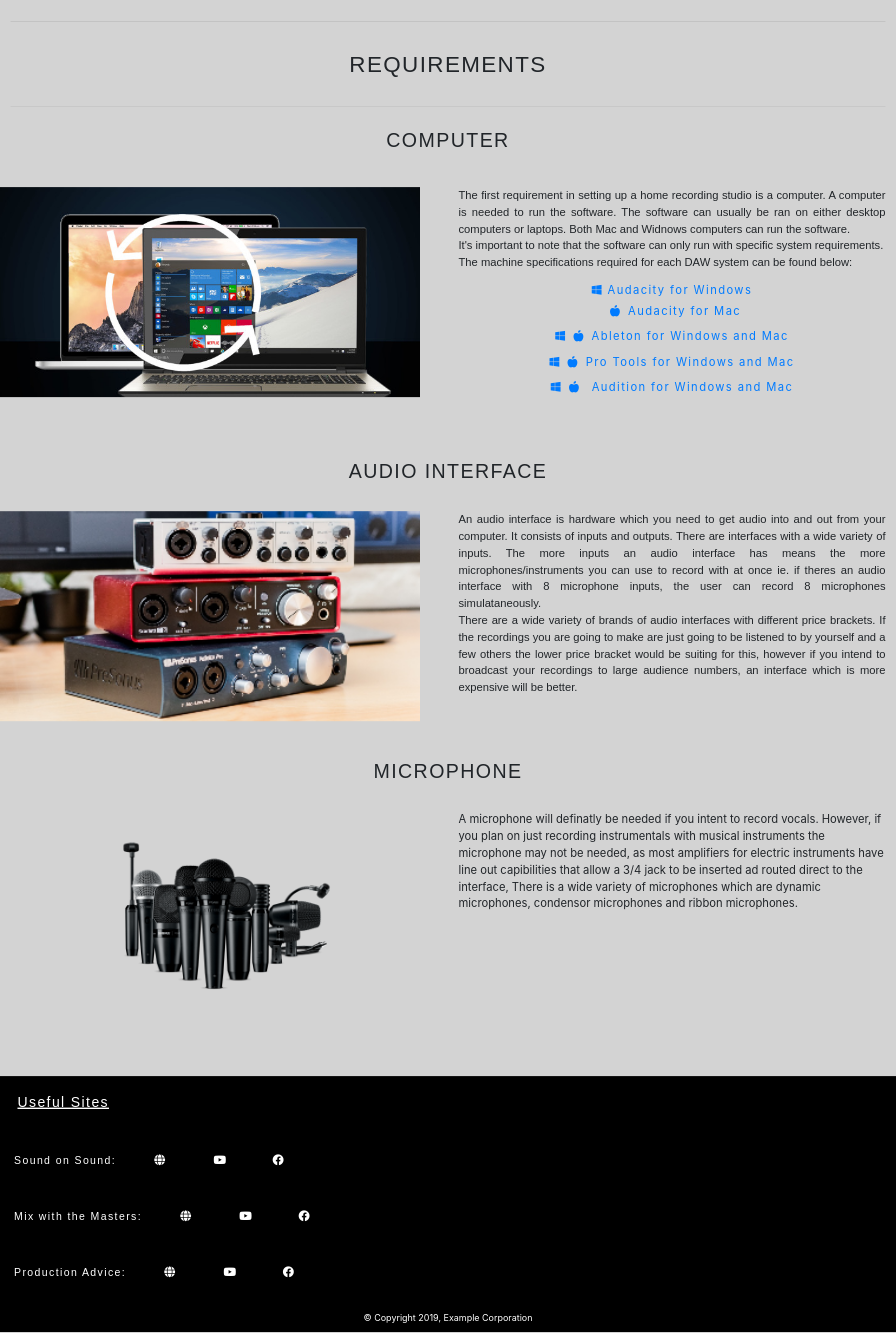
Repository: djjtyn/CIMilestoneProject1
Page: index.html
The author's editor kept a record of every edit. The page is drawn from the files as they stood at one moment, then again after the next edit.
The browser window is 1280 px wide. The pictures show the part of the page from y = 1115 to 3035 px (the page is 3019 px tall before and 3035 px after), at 70% of full size.
Some web libraries are served in a nearby version.

Above is the page before.
Console error (its wording comes from the project's code and is left out).

### index.html
<!DOCTYPE html>
<html lang="en">
<head>
    <meta charset="UTF-8">
    <meta name="viewport" content="width=device-width, initial-scale=1.0">
    <meta http-equiv="X-UA-Compatible" content="ie=edge">
    <link rel="stylesheet" href="https://stackpath.bootstrapcdn.com/bootstrap/4.3.1/css/bootstrap.min.css" integrity="sha384-ggOyR0iXCbMQv3Xipma34MD+dH/1fQ784/j6cY/iJTQUOhcWr7x9JvoRxT2MZw1T" crossorigin="anonymous">
    <link href="https://cdnjs.cloudflare.com/ajax/libs/font-awesome/5.9.0/css/all.min.css" rel="stylesheet">
    <link rel="stylesheet" href="css/style.css" type="text/css" />
    <title>Digital Audio Workstation</title>
</head>
<body>
  <nav class="navbar navbar-expand-md navbar-dark bg-dark fixed">
            <div class="nav-brand">
                <i class="fas fa-headphones"></i>
            </div>
            <button class="navbar-toggler" type="button" data-toggle="collapse" data-target="#navbarResponsive" aria-hidden="true">
                <span class="navbar-toggler-icon"></span>
            </button>

            <div class="collapse navbar-collapse" id="navbarResponsive">
                <ul class="navbar-nav mr-auto">
                    <li class="nav-item">
                        <a class="nav-link active" href="index.html">Home</a>
                    </li>
                      <li class="nav-item">
                        <a class="nav-link" href="eq.html">Equalization</a>
                    </li>
                      <li class="nav-item">
                        <a class="nav-link" href="compressor.html">Compressor/ Limiter</a>
                    </li>
                </ul>
            </div>
        </nav> <!--NAVBAR-->

  <div class="no-gutters common-img "></div>                                  <!--COMMON PIC-->

  <hr>
                                                                            <!--MAIN-->
  <section class="container-fluid">
    <div class="row">
      <div class="col-12">
        <h1>Digital Audio Workstation (DAW)</h1>
      </div>
    </div>
    <hr>

    <div class="row">
      <div class="col-12 col-md-6 icons">
         <a href="https://www.avid.com/pro-tools/features" class="pro-tools" target="_blank"/>
          <img src="images/protools.jpg"  height="140px" width="270px";/>
         </a>
         <a href="https://www.ableton.com/en/live/" class="ableton" target="_blank"/>
           <img src="images/ableton.jpg" height="140px" width="270px"/>
          </a>
         <a href="https://www.audacityteam.org/about/features/" class="audacity" target="_blank"/>
           <img src="images/audacity.jpg" height="140px" width="270px"/>
               </a>
         <a href="https://www.adobe.com/mena_en/products/audition/features._sl_id-contentfilter_sl_featuredisplaytypes_sl_all.html" class="audition" target="_blank"/>
           <img src="images/audition.jpg" height="140px" width="270px"/>
               </a>
      </div> <!--ICONS-->
      <div class="col-12 col-md-6">
        <p>A <b>Digital Audio Workstation (DAW)</b> is software used in the recording and post production of audio. They are used in many professional recording studios but can be set up easily enough for use in the comfort of your home.<br>
        On this site, you will find the requirements needed to make use of one of these in addition to information on some commonly used tools found within every one of the digital audio workstation programmes available.<br>
          There is many different digital audio workstation software available such as Pro Tools, Audacity, Ableton and Audition to name a few. You will find icons on this page for the four software programmes I have named. Each icon is a link, which upon clicking, will take you to a page containing some information for each individual program and various features included in each one.<br>
          Every one  of these software programmes have their own strengths and weaknesses but all will work well with recording or improving audio quality for basic home recordings.<br>
          Some of the software I have listed are free to download whilst some cost to download. The ones that cost to download will allow a free trial or allow scaled down version of the full program to be downloaded for free. All the tools mentioned on this website can be found in the free version of whichever software you choose to download.<br>
          There are a number of requirements neccessary to get started with using this software, which I have listed below.</p>
      </div>       <!--ICON TXT-->
    </div>                                                <!--ICONS & ICON TXT-->

    <hr>

    <div class="row">
      <div class="col-12">
        <h2>Requirements</h2>
      </div>

    </div>                            <!--Requirements-->

    <hr>

    <div class="row comp">
      <div class="col-12">
        <h3>Computer</h3>
      </div>

      <div class="col-12 col-md-6 computer"></div>
      <div class="col-12 col-md-6">
      <p>The first requirement in setting up a home recording studio is a computer. A computer is needed to run the software. The software can usually be ran on either desktop computers or laptops. Both Mac and Widnows computers can run the software. <br>
        It's important to note that the software can only run with specific system requirements. <br>
                   The machine specifications required for each DAW system can be found below:</p>
                   <ul>
                       <li><a href="https://www.audacityteam.org/download/windows/#sysreq" target="_blank"><i class="fab fa-windows"></i> Audacity for Windows</a></li>
                       <li><a href="https://www.audacityteam.org/download/mac/" target="_blank"><i class="fas fa-apple-alt"></i>Audacity for Mac</a></li>
                       <li><a href="https://help.ableton.com/hc/en-us/articles/115001663530-Live-10-Minimum-System-Requirements" target="_blank"><i class="fab fa-windows"></i><i class="fas fa-apple-alt"></i>Ableton for Windows and Mac</a></li>
                       <li><a href="http://avid.force.com/pkb/articles/compatibility/Pro-Tools-System-Requirements" target="_blank"><i class="fab fa-windows"></i><i class="fas fa-apple-alt"></i>Pro Tools for Windows and Mac</a></li>
                       <li><a href="https://helpx.adobe.com/ie/audition/system-requirements.html"target="_blank"><i class="fab fa-windows"></i><i class="fas fa-apple-alt"></i> Audition for Windows and Mac</a>
                    </ul>


      </div>
    </div>


    <div class="row">
      <div class="col-12">
        <h3>Audio Interface</h3>
      </div>
    </div>

    <div class="row int">
      <div class="col-12 col-md-6 interface"></div>
      <div class="col-12 col-md-6">
        <p>An audio interface is hardware which you need to get audio into and out from your computer. It consists of inputs and outputs. There are interfaces with a wide variety of inputs. The more inputs an audio interface has means the more microphones/instruments you can use to record with at once ie. if theres an audio interface with 8 microphone inputs, the user can record 8 microphones simulataneously.<br>
          There are a wide variety of brands of audio interfaces with different price brackets. If the recordings you are going to make are just going to be listened to by yourself and a few others the lower price bracket would be suiting for this, however if you intend to broadcast your recordings to large audience numbers, an interface which is more expensive will be better.</p>
      </div>
    </div>

    <div class="row">
      <div class="col-12">
        <h3>Microphone</h3>
      </div>
    </div>

    <div class="row int">
      <div class="col-12 col-md-6 microphone"></div>
      <div class="col-12 col-md-6">
        A microphone will definatly be needed if you intent to record vocals. However, if you plan on just recording instrumentals with musical instruments the microphone may not be needed, as most amplifiers for electric instruments have line out capibilities that allow a 3/4 jack to be inserted ad routed direct to the interface,
        There is a wide variety of microphones which are dynamic microphones, condensor microphones and ribbon microphones.
      </div>
    </div>



  </section>



  <footer class="container-fluid links">
    <h5 class="uppercase">Useful Sites</h5>
    <div class="sos">
      <h6>Sound on Sound:</h6>
    <a href="https://www.soundonsound.com/" target="_blank"> <i class="fas fa-globe"></i></a>
    <a href="https://www.youtube.com/channel/UCFw2zGrdiLLAwbNQra1vtnA" target="_blank"><i class="fab fa-youtube"></i></a>
    <a href="https://www.facebook.com/soundonsoundmag/" target="_blank"><i class="fab fa-facebook"></i></a>
    </div>
    <div class="mwthm">
      <h6>Mix with the Masters:</h6>
    <a href="https://mixwiththemasters.com/" target="_blank"><i class="fas fa-globe"></i></a>
    <a href="https://www.youtube.com/user/MixWithTheMASTERS" target="_blank"><i class="fab fa-youtube"></i></a>
      <a href="https://www.facebook.com/MixWithTheMasters/" target="_blank"><i class="fab fa-facebook"></i></a>
    </div>
     <div class="pa">
      <h6>Production Advice:</h6>
    <a href="https://productionadvice.co.uk/" target="_blank"><i class="fas fa-globe"></i></a>
    <a href="https://www.youtube.com/channel/UCMFrnWIF6N5YtOZzmCGP16A" target="_blank"><i class="fab fa-youtube"></i></a>
     <a href="https://www.facebook.com/ProductionAdvice/" target="_blank"><i class="fab fa-facebook"></i></a>
    </div>

    <div class="copy">
      <small>&copy; Copyright 2019, Example Corporation</small>
    </div>




    </footer>

</body>
<script src="https://cdnjs.cloudflare.com/ajax/libs/jquery/3.2.1/jquery.min.js"></script>
<script src="https://cdnjs.cloudflare.com/ajax/libs/twitter-bootstrap/4.0.0-alpha.6/js/bootstrap.min.js"></script>
</html>

### css/style.css
h1, h2, h3 {
    text-align: center;
    font-family: Arial;
    padding: 5;
    margin:2%;
    letter-spacing: 2px;
    text-transform: uppercase;
}

h3{
    padding: 15px;
}

p{
    text-align: justify;
    font-family: Arial;
}


/*-------------------------------------------------NAVBAR---*/

nav{
    height: 70px;
    font-size: 20px;
    color: #fff;
}

.fa-headphones{
    padding-left: 15px;
    padding-right:15px;
    margin-right: 15px;
    font-size: 50px;
}

nav ul li {
    padding:15px;
    font-family: Arial;
    letter-spacing: 5px;}

/*-------------------------------------------------COMMON IMG---*/
.common-img {
    height: 400px;
    width: 100%;
    background-image: url("../images/bg.jpg");
    background-size: cover;
    background-repeat: no-repeat;
    background-position: center;
   width: 100%;
   }


/*-------------------------------------------------MAIN---*/
h1, h2, h3 {
    text-align: center;
}

body{
    background-color: #d3d3d3;
}

.pro-tools, .ableton, .audacity, .audition {
    display: inline-block;
    padding: 2%;
}

.icons {
    text-align: center;}


/*-------------------------------------------------Requirements--*/
.comp h3{
    margin-bottom:35px;
    margin-top:0;
}

.comp ul {
    text-align:center;
    padding:15px;
}

.comp p {
    margin:0;
    padding:0;
}

.comp .fa-apple-alt{
    padding:10px;
}

.computer {
    width: 356px;
    height: 300px;
    background-image: url("../images/computer.jpg");
    background-size: contain;
    background-repeat: no-repeat;
    padding:0;
    margin:0;
}

.computer p {
    margin:0;
}

.interface{
    background-image: url("../images/interface.jpg");
     height: 300px;
     width:100%;
    background-size: contain;
    background-repeat: no-repeat;}

.microphone{
    background-image: url("../images/microphones.png");
     height: 300px;
    background-size: contain;
    background-repeat: no-repeat;
    background-position:center;

}

.comp, .mic, .int{
    margin-bottom:15px;
   }

ul{
    list-style: none;
    letter-spacing: 2px;
}


/*-------------------------------------------------FOOTER---*/


footer {
    background-color: #000;
    margin-top:5%;


}

h5 {
    font-family: Arial;
    color: #fff;
    letter-spacing: 2px;
    text-decoration: underline;
    font-weight: 300;
    padding: 15px;
    margin: 5;
}

h6 {
    font-family: Arial;
    letter-spacing: 2px;
    color: white;
    font-size: 15px;
}

.links a, .links, h6 {
    display: inline-block;
    padding: 10px;}

footer i {
    height: 30px;
    width: 20px;
    color: #fff;
    padding: 15px;
    margin: 15px;
    transition-timing-function: ease-in-out;
    transition-duration: .5s;
}

.copy{
    color: #fff;
    text-align: center;
    margin-top: 20px;
}

footer i:hover {
  color: red;
}

 /*-------------------------------------------------EQ---*/
 .eq{
     background-image: url("../images/EQ.png");
     background-size: cover;
     background-repeat: no-repeat;
     height: 300px;
     width:100%;
 }

 .oneband {
     background-image: url("../images/1band.png");
     background-size: contain;
     background-repeat: no-repeat;
     background-position: center;
     width:100%;
 }

 .sevenband{
     background-image: url("../images/7band.jpg");
     width:100%
     background-size: contain;
     background-repeat: no-repeat;
     background-position: center;


 }

After the next edit:
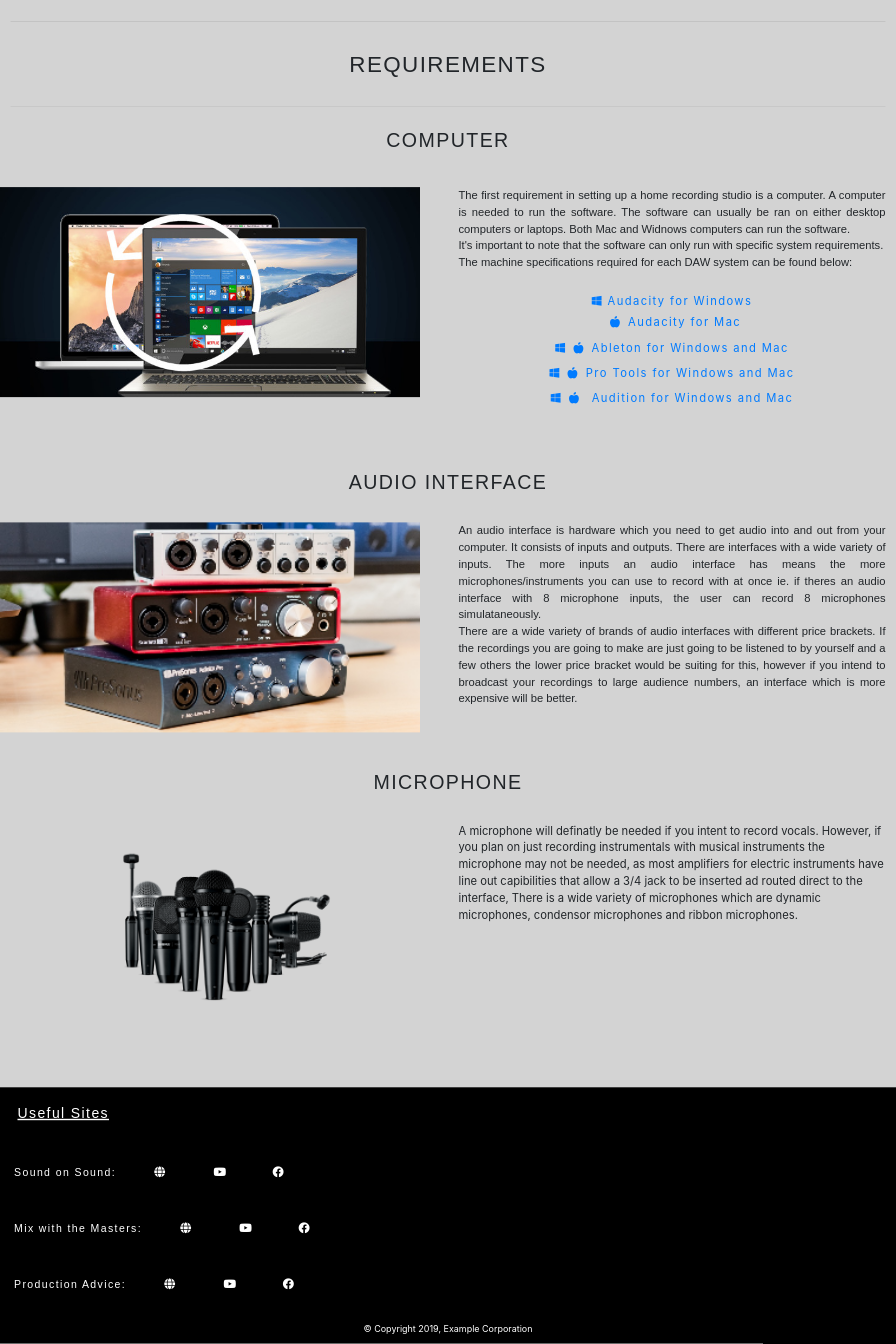
The edit:
--- a/css/style.css
+++ b/css/style.css
@@ -78,8 +78,8 @@
     padding:15px;
 }
 
-.comp p {
-    margin:0;
+.text p {
+    margin-top:0;
     padding:0;
 }
 
